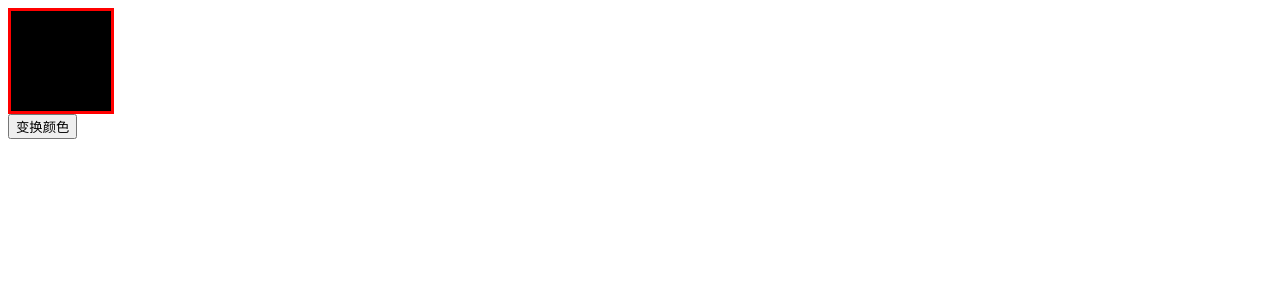
Repository: ArtemisWang/react-lifestyle
Page: /
The author's editor kept a copy of each file at every save. The page is drawn from the files as they stood at one save, then again after the next save.
The browser window is 1280 px wide. The pictures show the whole page.
The project was rebuilt for these pictures with package versions that can differ from the ones it lists, and the page was loaded fresh each time.

Above is the page before, as saved 2020-04-01 22:39:36.

After the next save:
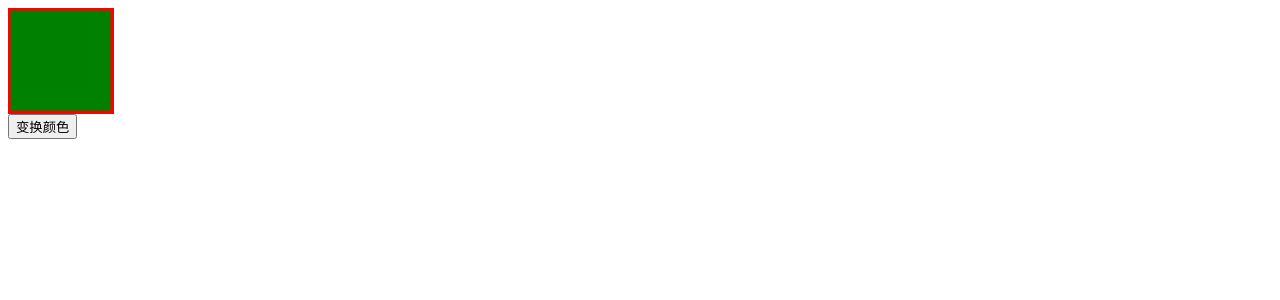
Saved 71 s later.
--- a/src/AppChild.js
+++ b/src/AppChild.js
@@ -9,9 +9,9 @@ class AppChild extends Component {
     }
     static getDerivedStateFromProps(nextProps,prevState){
         console.log('nextProps:',nextProps,prevState)
-        if(nextProps.color!==prevState.color){
+        if(nextProps.color==="black"){
             return {
-                color:nextProps.color
+                color:"green"
             }
         }
         return null
